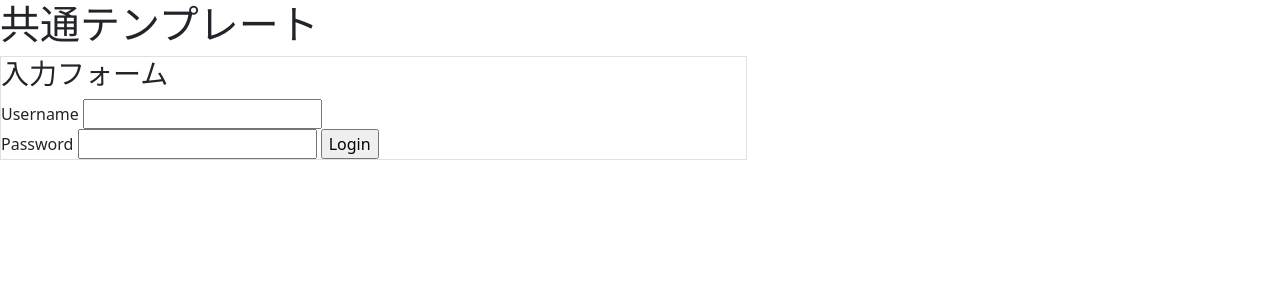
Repository: tt-nk/form-app
Page: http://localhost/login
An editor plug-in stored every save of this project. The page is shown before and after the next save, followed by the edit.
The browser window is 1280 px wide. The pictures show the whole page.
The page is served by the project's application, run on Flask 3 (app.py).

Above is the page before, as saved 2021-12-15 00:49:25.

### templates/form.html
{% extends 'base.html' %}
{% block content %}
<div class="border col-7">
    <h3>入力フォーム</h3>
    <form method="POST" action="{{url_for('form')}}">
        {{form.csrf_token}}
        {{ form.username.label }}
        {{ form.username }}
        <div>
            {% for error in form.username.errors %}
            <span style="color:red;">{{error}}</span>
            {% endfor %}
        </div>
        {{ form.password.label }}
        {{ form.password }}
        {{ form.submit}}
    </form>
</div>
{% endblock %}

### templates/base.html
<!DOCTYPE html>
<html lang="en">

<head>
    <meta charset="UTF-8">
    <meta http-equiv="X-UA-Compatible" content="IE=edge">
    <meta name="viewport" content="width=device-width, initial-scale=1.0">
    <!-- CSS only -->
    <link href="https://cdn.jsdelivr.net/npm/bootstrap@5.0.0-beta1/dist/css/bootstrap.min.css" rel="stylesheet"
        integrity="sha384-giJF6kkoqNQ00vy+HMDP7azOuL0xtbfIcaT9wjKHr8RbDVddVHyTfAAsrekwKmP1" crossorigin="anonymous">
    <title>Document</title>
</head>

<body>
    <h1>共通テンプレート</h1>
    <!---メインコンテンツ-->
    {% block content %}
    {% endblock %}
    <script src="static/js/script.js"></script>
</body>

</html>

### app.py
import os
from flask import Flask, render_template, redirect
from flask_sqlalchemy import SQLAlchemy
from flask_login import UserMixin, LoginManager, login_required, login_user
from flask_wtf import FlaskForm
from wtforms import StringField, PasswordField, SubmitField
from wtforms.validators import InputRequired, Length

app = Flask(__name__)
app.config['SQLALCHEMY_DATABASE_URI'] = 'sqlite:///form.db'
app.config['SQLALCHEMY_TRACK_MODIFICATIONS'] = False
app.config['SECRET_KEY'] = os.urandom(24)
db = SQLAlchemy(app)

login_manager = LoginManager()
login_manager.init_app(app)


class User(UserMixin):
    def __init__(self, user_id):
        self.id = user_id


class LoginForm(FlaskForm):

    validators = [InputRequired(), Length(
        min=8, max=16, message='8文字以上16文字以内で入力して下さい。')]
    username = StringField('Username', validators)
    password = PasswordField('Password')
    submit = SubmitField('Login')


@login_manager.user_loader
def load_user(user_id):
    return User(user_id)


@app.route('/')
def index():
    return render_template('top.html')


@app.route('/main')
@login_required
def main():
    return render_template('main')


@app.route('/login', methods=['GET', 'POST'])
def form():
    form = LoginForm()
    return render_template('form.html', form=form)


if __name__ == '__main__':
    app.run(debug=True)

### static/js/script.js
alert("js読み込み完了");

After the next save:
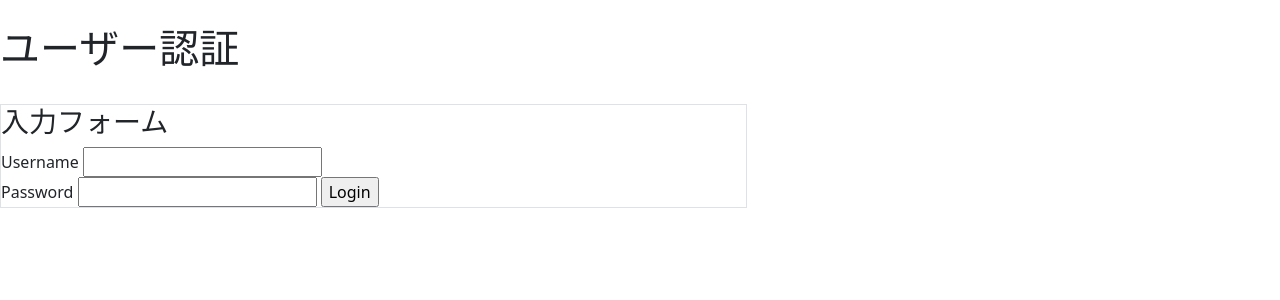
Saved 7 s later.
--- a/templates/base.html
+++ b/templates/base.html
@@ -12,7 +12,9 @@
 </head>
 
 <body>
-    <h1>共通テンプレート</h1>
+    <br>
+    <h1>ユーザー認証</h1>
+    <br>
     <!---メインコンテンツ-->
     {% block content %}
     {% endblock %}
